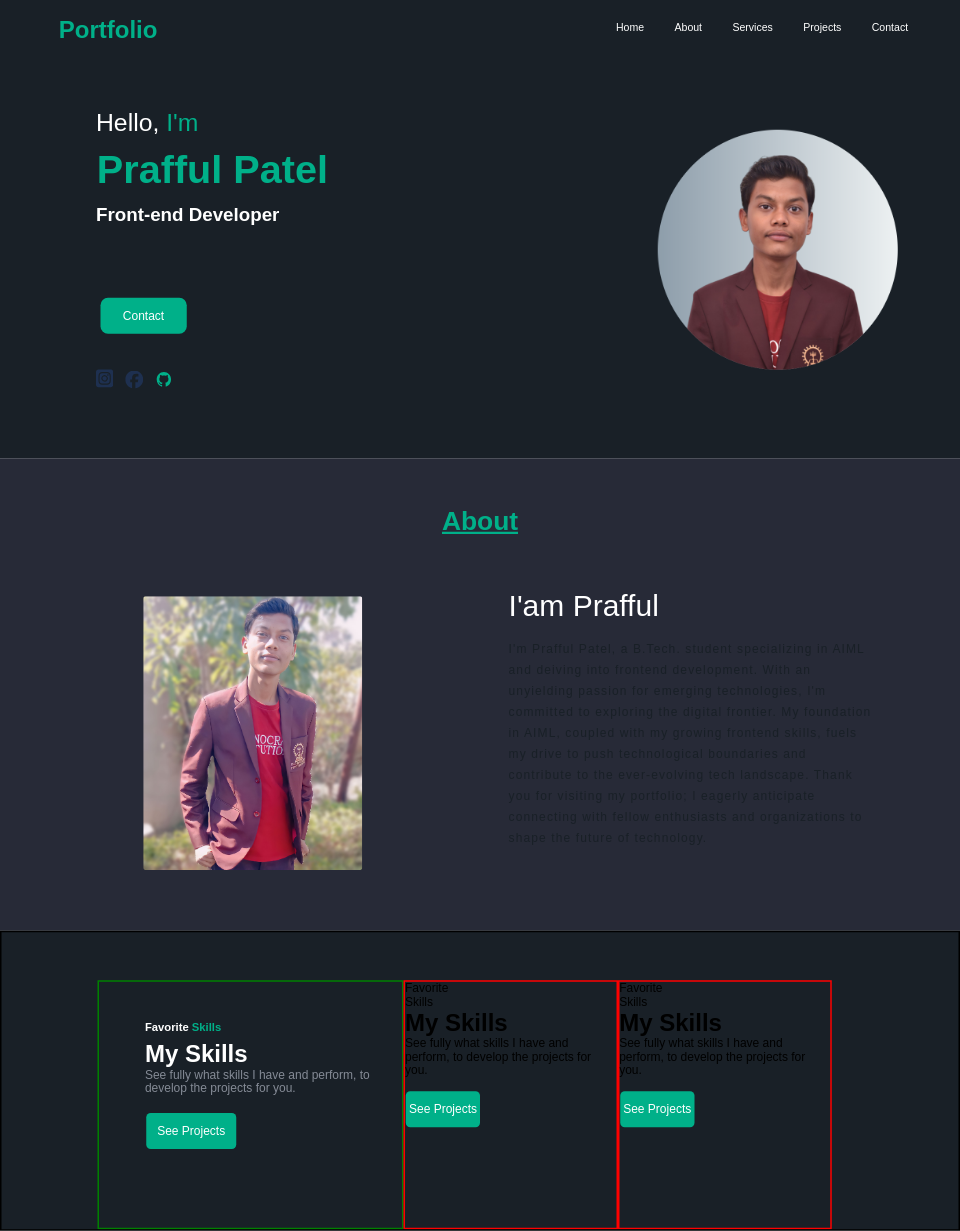
Repository: PraffulPatel27/Portfolio_2.0
Page: index.html
The author's editor kept a copy of each file at every save. The page is drawn from the files as they stood at one save, then again after a run of saves.
The browser window is 1280 px wide. The pictures show the whole page, at 75% of full size.

Above is the page before, as saved 2024-01-01 16:07:41.

### index.html
<!DOCTYPE html>
<html lang="en">
<head>
    <meta charset="UTF-8">
    <meta name="viewport" content="width=device-width, initial-scale=1.0">
    <title>Portfolio website complete</title>
    <link rel="stylesheet" href="style.css">
</head>
<body>

  <div class="container-first">
    <!-- /*********************** nav bar **************************/ -->
        <nav class="header">
            <h1>Portfolio</h1>

            <div class="nav-bar">
                <ul>
                    <li class="c1">Home</li>
                    <li> <a id="unique" href="#about">About</a></li>
                    <li>Services</li>
                    <li>Projects</li>
                    <li>Contact</li>
                </ul>
            </div>

        </nav>
        <!-- <div class="head-1"></div> -->



    <!-- /*********************** Section - 1 **************************/ -->
    <div class="first-main-content">
      <div class="left-content">
        <!-- <h1> Hi, </h1> -->
        <p class="ch"> Hello, </p>
        <p class="ch" id="bl"> I'm  </p>
        <h1 id="name-author"> Prafful Patel</h1>
        <h1> Front-end Developer </h1>

        <button class="btn"> Contact </button>
        <div class="social">
            <img src="images/instagram.svg">
            <img src="images/facebook.svg">
            <img src="images/github.svg">
        </div>
    </div>

   <img class="pic" src="images/profile-pic-circle.png">
   </div>


    <!-- /*********************** Section - 2 **************************/ -->
    <div class="section-2">
            <p class="heading-about"> About </p>

        <div class="front-2_under">
            <div class="left-content">
                <img class="left-img" src="images/image-portfolio.jpg">
            </div>

            <div class="right-para" id="about">
                <p class="heading-2"> I'am Prafful </p>
                <p class="description"> I'm Prafful Patel, a B.Tech. student specializing in AIML and
                    deiving into frontend development. With an unyielding passion
                    for emerging technologies, I'm committed to exploring the
                    digital frontier. My foundation in AIML, coupled with my
                    growing frontend skills, fuels my drive to push technological
                    boundaries and contribute to the ever-evolving tech
                    landscape. Thank you for visiting my portfolio; I eagerly
                    anticipate connecting with fellow enthusiasts and
                    organizations to shape the future of technology. </p>
            </div>
        </div>

    </div>


    <!-- /*********************** Section - 3 **************************/ -->

    <div class="section-3">
        <div class="bx-1">
            <p class="sm" > Favorite </p>
            <p class="sm" id="fsm"> Skills</p>
            <h1> My Skills</h1>

            <p class="skills-info">See fully what skills I have and perform, to
                develop the projects for you.</p>
            <button class="see-project"> See Projects </button>
        </div>

        <div class="bx-2">
            <p> Favorite </p>
            <p> Skills</p>
            <h1> My Skills</h1>

            <p>See fully what skills I have and perform, to
                develop the projects for you.</p>
            <button class="see-project"> See Projects </button>
        </div>

        <div class="bx-2">
            <p> Favorite </p>
            <p> Skills</p>
            <h1> My Skills</h1>

            <p>See fully what skills I have and perform, to
                develop the projects for you.</p>
            <button class="see-project"> See Projects </button>
        </div>
    </div>



    <!-- <footer>
            <h4 class="f-h4"> Prafful </h4>
            <div class="fimg">
                <img class="fb" src="images/faceb.png">
                <img class="ins" src="images/instagram-logo.png">
                <img class="lid" src="images/linkedin (1).png">
                <img class="git" src="images/github (1).png">
            </div>
            <h3 class="f-h3"> Terms of Use . Privacy Policy </h3>
            <p class="fp"> © 2023 copyright all right reserved </p>
    </footer> -->

  </div>

</body>
</html>

### style.css
* {
    margin: 0;
    padding: 0;
    box-sizing: border-box;
    font-family: 'Poppins' , sans-serif;
    scroll-behavior: smooth;
    overflow-x: hidden;
}
.container-first {
    display: flex;
    flex-direction: column;
    flex-wrap: wrap;
    width: 100vw;
    align-items: center;
}
.main-con {
    margin-left: 10%;
    margin-right: 10%;
}

/*********************** Nav bar **************************/
.header {
    min-height: 90%;
    width: 100%;
    background-position: center;
    background-size: cover;
    position: relative;
    background-color: #192027;
    color: #fff;
}
nav {
    display: flex;
    padding: 1.6% 4%;
    align-items: center;
    justify-content: center;
}
.nav-bar {
    flex: 1;
    text-align: right;
}
.nav-bar ul li {
    list-style: none;
    display: inline-block;
    padding: 8px 18px;
    position: relative;
    /* font-weight: bold; */
    cursor: pointer;
    font-size: 0.88rem;
}
#unique {
    text-decoration: none;
    color: #fff;
}
#unique:hover {
    color: #00B089;
}
.nav-bar ul li::after  {
    content: '';
    width: 0%;
    height: 3.5px;
    background-color: #00B089;
    display: block;
    margin: auto;
    transition: 0.80s;
}
.nav-bar ul li:hover::after {
    width: 100%;
}
.nav-bar ul li:hover {
    color: #00B089;
}
nav h1 {
    font-size: 2rem;
    color: #00B089;
    margin-left: 1.7rem;
}

/*********************** Section - 1 **************************/
.first-main-content {
    width: 100%;
    background-color: #192027;
    padding-bottom: 7%;
    display: flex;
    justify-content: space-evenly;
    align-items: center;
    flex-direction: row;
    flex-wrap: wrap;
    align-items: center;
    /* border: 2px solid black; */
}
/* .head-1 {
    margin-top: -1.2%;
    opacity: 0.1;
    border: 0.8px solid black;
    width: 100%;
} */
.left-content {
    padding-top: 5%;
    padding-left: 10%;
    /* border: 2px solid black; */
}
.ch {
    display: inline;
    font-size: 33px;
    color: #fff;
}
#bl {
    color: #00B089;
}
#name-author {
    color: #00B089;
    margin-top: 1.2%;
    font-size: 3.3rem;
    margin-left: 0.1%;
}
.left-content h1 {
    line-height: 60px;
    color: #fff;
    font-size: 25px;
}
.btn {
    width: 10%;
    height: 3rem;
    margin-top: 7%;
    margin-left: 0.5%;
    border-radius: 10px;
    background: #00B089;
    border: none;
    cursor: pointer;
    color: white;
    font-size: 1rem;
    text-align: center;
}
.btn:hover {
    box-shadow: 0px 0px 30px #00B089;
    transition: 0.2s;
}
.social {
    margin-top: 4%;
    margin-left: -1%;
    /* border: 2px solid black; */
}
.social img {
    width: 3%;
    padding-left: 1%;
    cursor: pointer;
    /* background: none; */
}
.social img:hover {
    color: #00B089;
}
.pic {
    width: 20rem;
    margin-top:5%;
    margin-right: -62%;
    flex-wrap: wrap;
    position: absolute;
}

/*********************** Section - 2 **************************/
.section-2 {
    width: 100%;
    flex-wrap: wrap;
    align-items: center;
    display: flex;
    position: none;
    justify-content: space-evenly;
    background-color: #272A37;
    /* border: 2px solid red; */
}
.heading-about {
    text-align: center;
    margin-top: 5%;
    color: #00B089;
    font-size: 2.2rem;
    font-weight: 700;
    text-decoration: underline;
}
.front-2_under {
    display: flex;
    flex-direction: row;
    justify-content: space-evenly;
    align-items: center;
    margin-top: 2%;
    margin-left: 6.5%;
    margin-right: 9%;
    margin-bottom: 6%;
    /* border: 2px solid red; */
}
.left-content {
    flex: 1;
}
.left-content .left-img {
    width: 60%;
    max-width: 100%;
    height: auto;
    border-radius: 1%;
}
.right-para {
    flex: 1;
}
.heading-2 {
    font-size: 2.5rem;
    line-height: 70px;
    color: #fff;
}
.description {
    color:#192027;
    letter-spacing: 1.5px;
    line-height: 28px;
    margin-top: 2%;
}

 /*********************** Section - 3 **************************/
 .section-3 {
    height: 25rem;
    padding-top: 5%;
    flex-wrap: wrap;
    display: flex;
    /* flex-direction: row; */
    padding-left: 10%;
    padding-right: 10%;
    background-color: #192027;
    border: 2px solid black;
}
.sm {
    color: #fff;
    display: inline;
    font-weight: 700;
    font-size: 15px;
}
#fsm {
    color: #00B089;
}
.bx-1 h1 {
    margin-top: 2.8%;
    color: #fff;
}
.skills-info {
    color: #858B96;
}
.bx-1 {
    border: 2px solid green;
    width: 40%;
    padding-top: 5%;
    padding-left: 6%;
}
.see-project {
    width: 35%;
    height: 3rem;
    margin-top: 7%;
    margin-left: 0.5%;
    border-radius: 6px;
    background: #00B089;
    border: none;
    cursor: pointer;
    color: white;
    font-size: 1rem;
    text-align: center;
}
.see-project:hover {
    box-shadow: 0px 0px 30px #00B089;
    transition: 0.2s;
}
.bx-2 {
    border: 2px solid red;
    width: 28%;
}

After the next 2 saves:
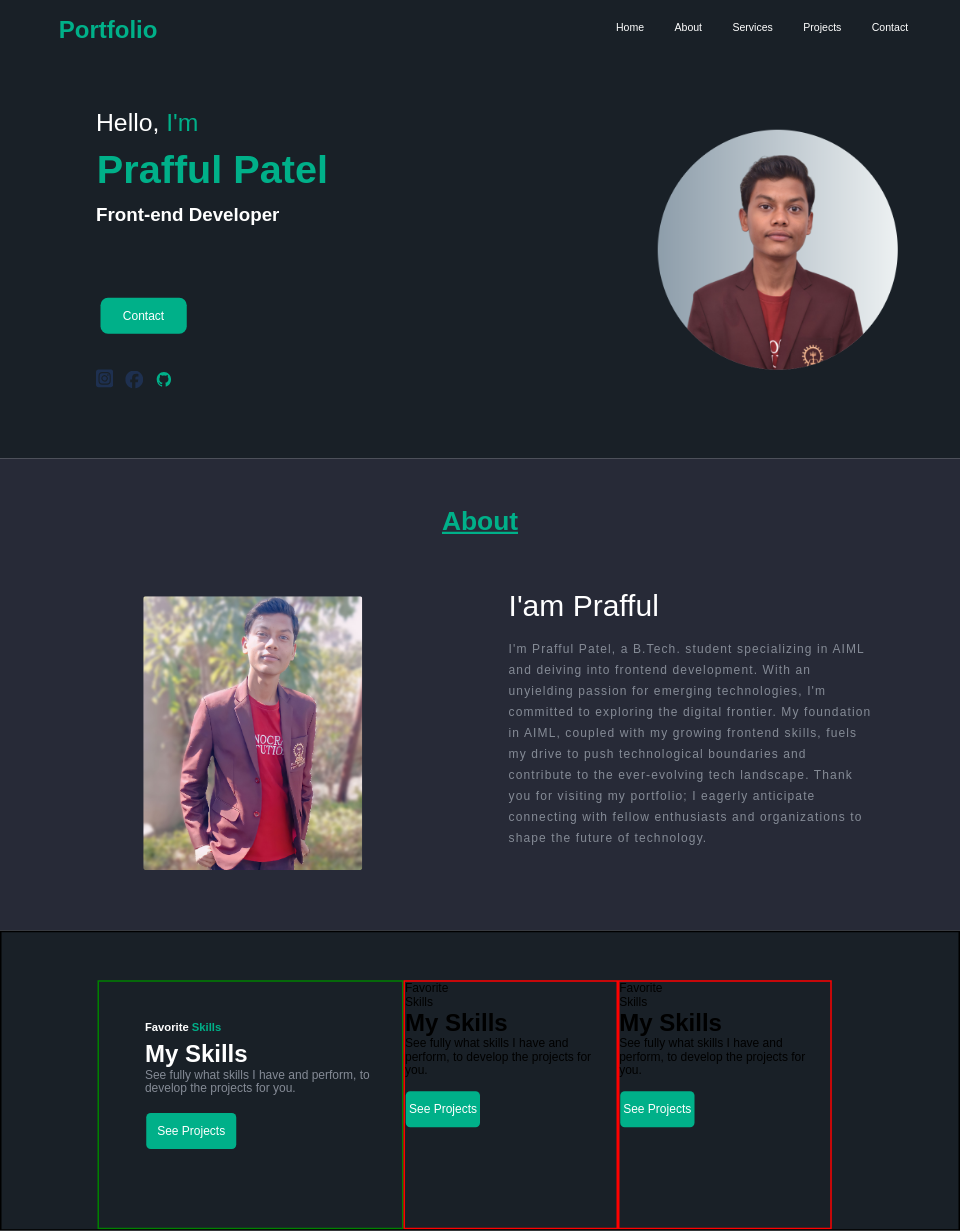
The 2 saves are shown as one change because they came seconds apart.
The last was saved 25 s later.
--- a/style.css
+++ b/style.css
@@ -205,7 +205,7 @@
     color: #fff;
 }
 .description {
-    color:#192027;
+    color: #858B96;
     letter-spacing: 1.5px;
     line-height: 28px;
     margin-top: 2%;
